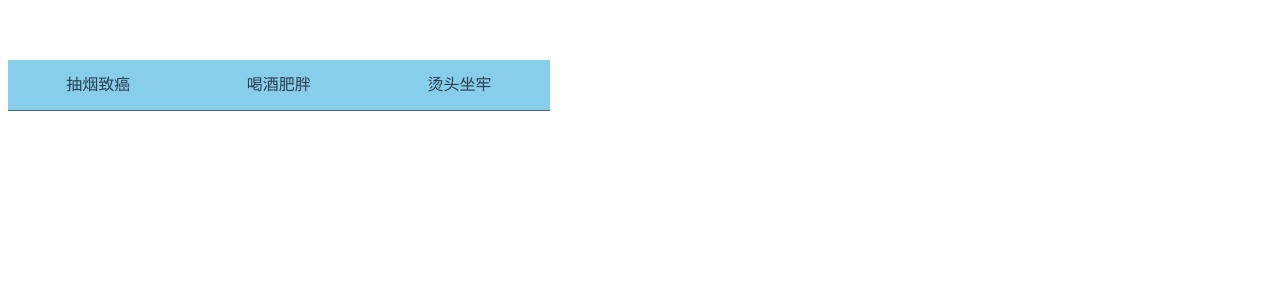
Repository: sunboxsoft/vue-key_Vue.set_parser-babylon
Page: /#/ComprehensicePractise
An editor plug-in stored every save of this project. The page is shown before and after the next save, followed by the edit.
The browser window is 1280 px wide. The pictures show the whole page.
The project was rebuilt for these pictures with package versions that can differ from the ones it lists, and the page was loaded fresh each time. Also part of the build but not shown: src/components/HelloWorld.vue.

Above is the page before, as saved 2022-05-14 06:56:09.

After the next save:
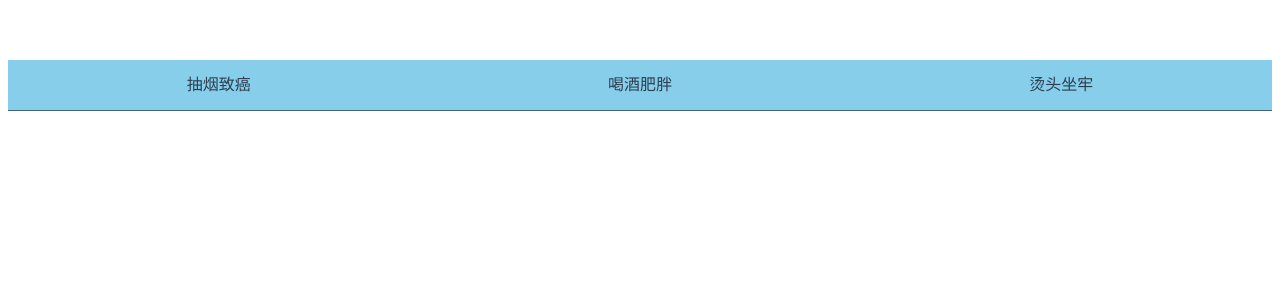
Saved 7 s later.
--- a/src/components/ComprehensicePractise.vue
+++ b/src/components/ComprehensicePractise.vue
@@ -30,4 +30,7 @@ ul{
     margin: 0;
     display: flex;
 }
+li{
+    flex:1
+}
 </style>
